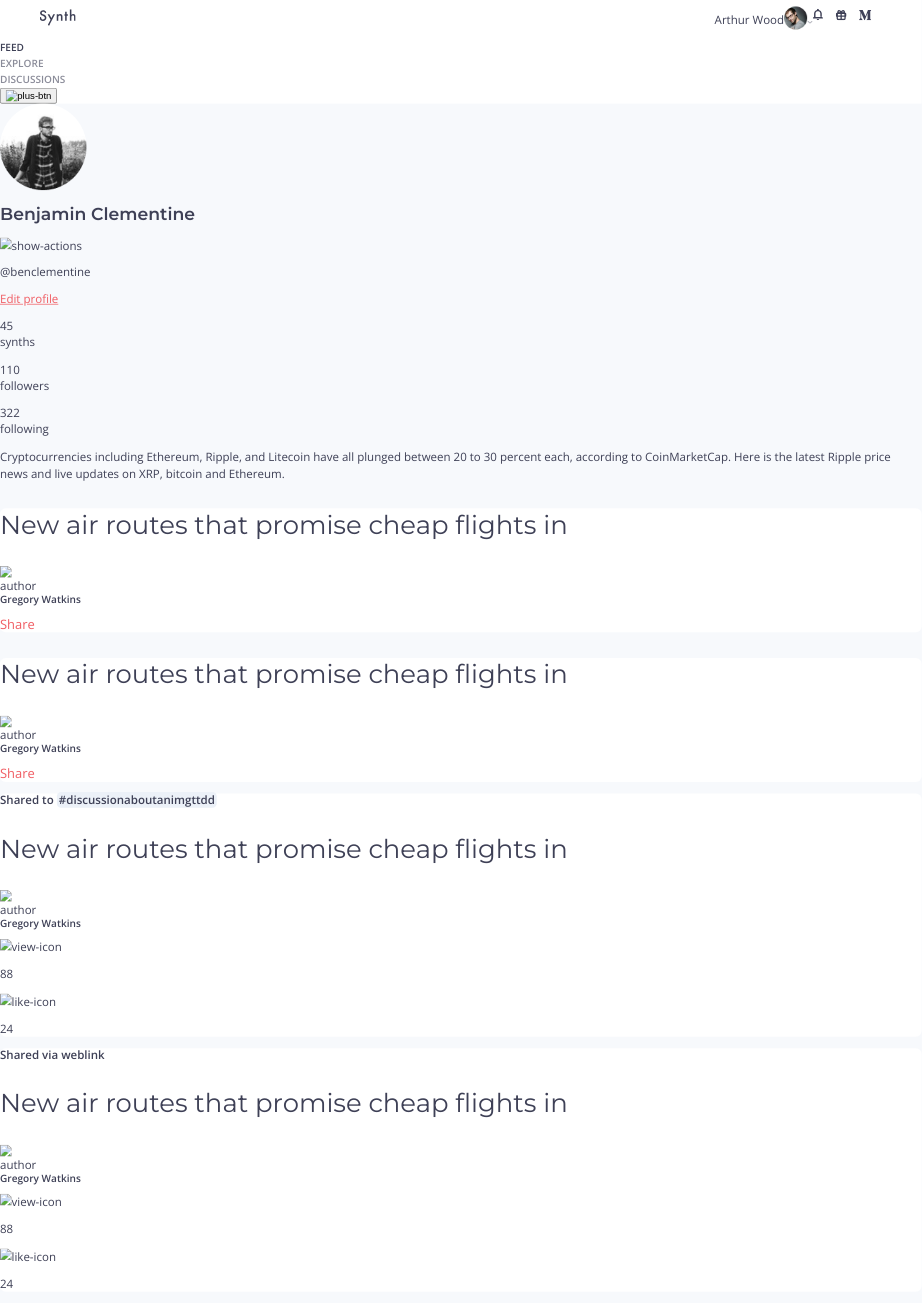
Repository: ecspetra/swivl-test-task
Page: index.html
The author's editor kept a copy of each file at every save. The page is drawn from the files as they stood at one save, then again after the next save.
The browser window is 1280 px wide. The pictures show the whole page, at 72% of full size.
The style sheet was rebuilt from its Sass, Less or Tailwind sources for each picture, by a compiler version that may differ from the author's.

Above is the page before, as saved 2021-12-09 22:19:10.

After the next save:
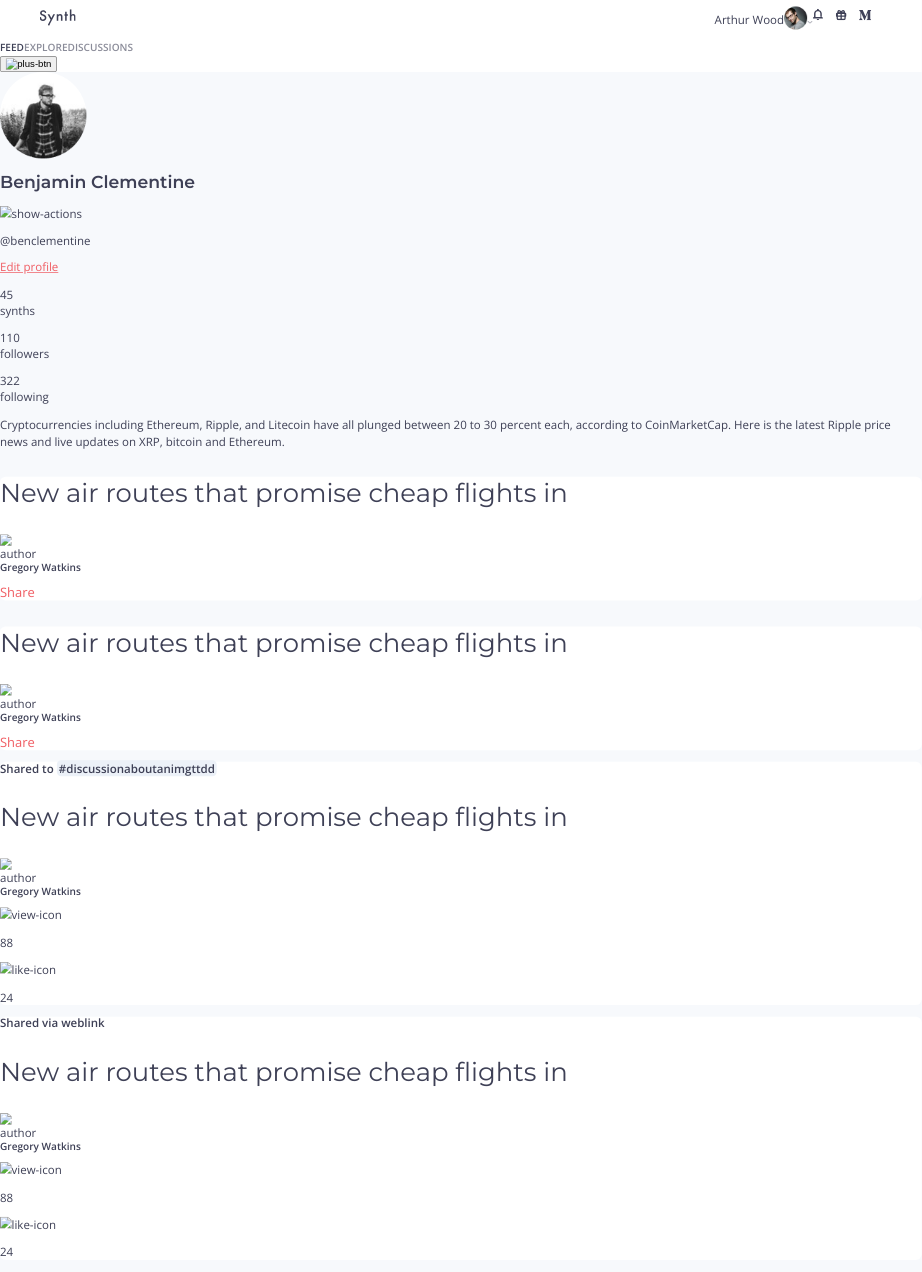
Saved 35 s later.
--- a/scss/style.scss
+++ b/scss/style.scss
@@ -122,6 +122,10 @@ ul {
 .header__navigation {
 }
 .navigation-list {
+  display: flex;
+  flex-direction: row;
+  justify-content: flex-start;
+  align-items: center;
 }
 .navigation-list__item {
   color: $main-color;
